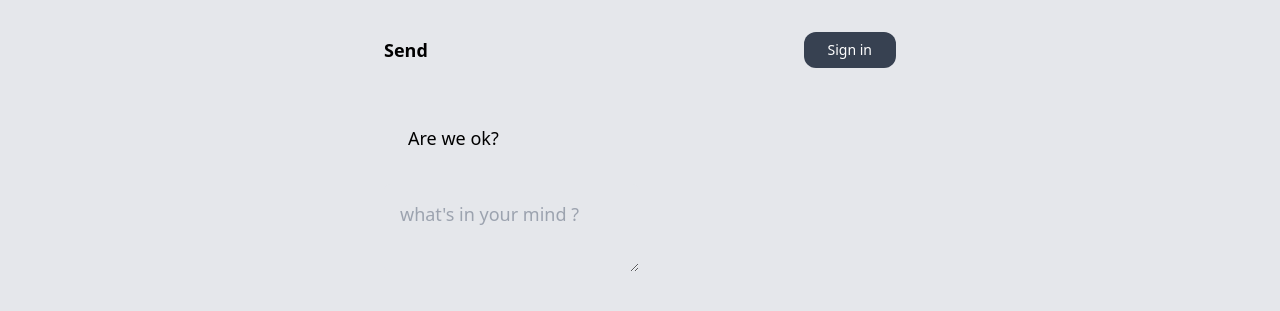
Repository: fatemesoleymanian/react
Page: / (app in next--experimental/postit/)
An editor plug-in stored every save of this project. The page is shown before and after the next save, followed by the edit.
The browser window is 1280 px wide. The pictures show the whole page.
The page's requests for data from a server got no answer. The project was rebuilt for these pictures with package versions that can differ from the ones it lists, and the page was loaded fresh each time. The framework's server and built-in components were replaced by stand-ins that run in the browser. No one was signed in, and anything a server would have sent is missing. Also part of the build but not shown: next--experimental/postit/next.config.js, next--experimental/postit/app/components/auth/Logged.tsx.

Above is the page before, as saved 2023-02-26 15:49:53.

After the next save:
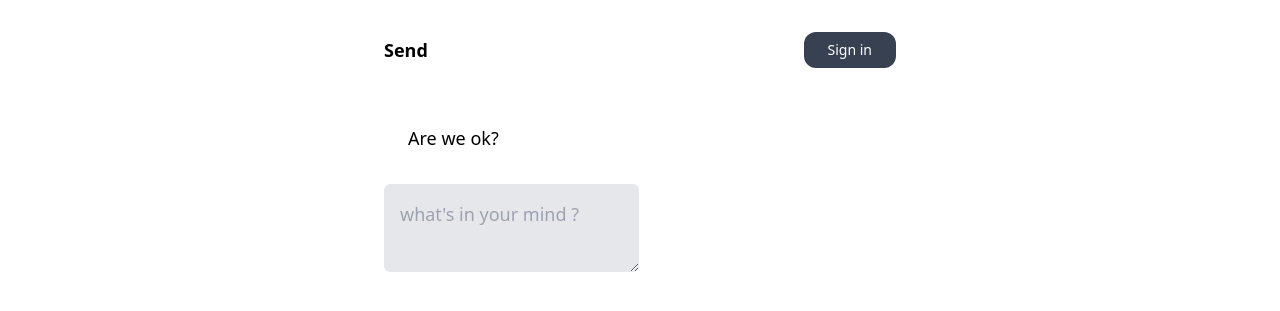
Saved 33 s later.
--- a/next--experimental/postit/app/layout.jsx
+++ b/next--experimental/postit/app/layout.jsx
@@ -20,7 +20,7 @@
 }) {
   return (
     <html lang="en">
-      <body className={`mx-4 md:mx-48 xl:mx-96 ${roboto.variable} bg-gray-200`}>
+      <body className={`mx-4 md:mx-48 xl:mx-96 ${roboto.variable} bg-gray-20`}>
         <Nav />
         {children}
         </body>

After the save that followed:
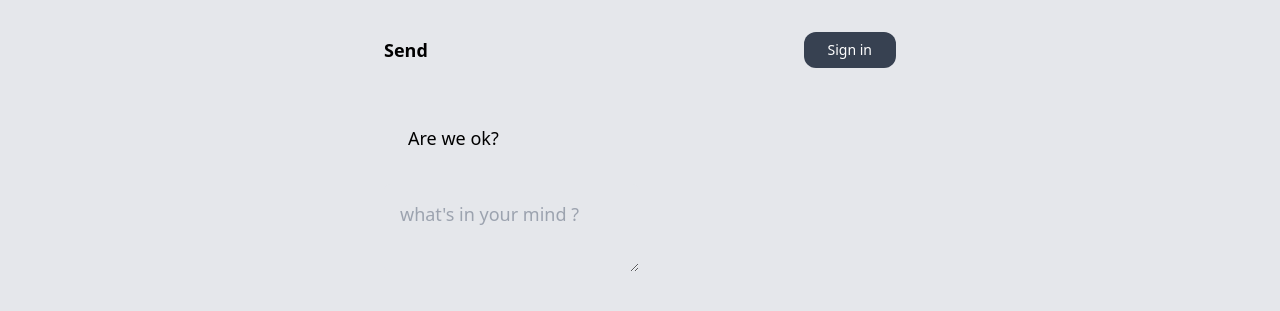
Saved 47 s later.
--- a/next--experimental/postit/app/layout.jsx
+++ b/next--experimental/postit/app/layout.jsx
@@ -20,7 +20,7 @@
 }) {
   return (
     <html lang="en">
-      <body className={`mx-4 md:mx-48 xl:mx-96 ${roboto.variable} bg-gray-20`}>
+      <body className={`mx-4 md:mx-48 xl:mx-96 ${roboto.variable} bg-gray-200`}>
         <Nav />
         {children}
         </body>
